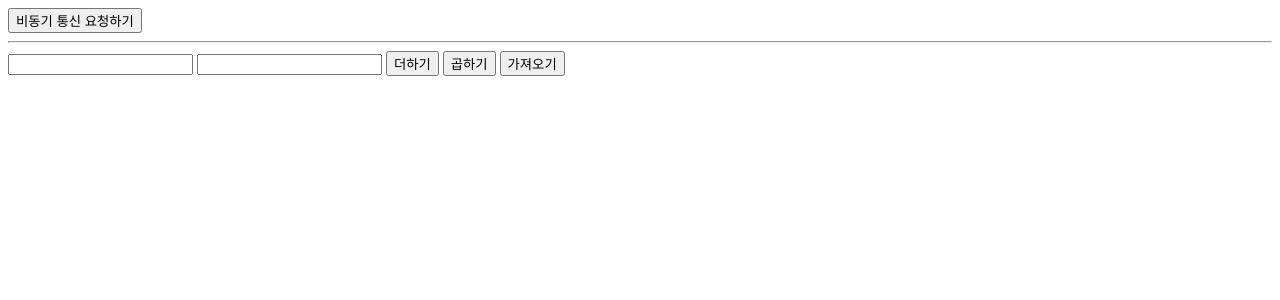
Repository: JangGunWook/Spring_webStudy
Page: http://localhost/SpringMVC01/AJAX01.jsp
These files come from the project's save history. The page is drawn as it stood at one moment and after the next save; the edit follows.
The browser window is 1280 px wide. The pictures show the whole page.
The page is served by Tomcat 9. Nobody is signed in. The application's start-up code is not run. Other server files are loaded and not shown.

Above is the page before, as saved 2023-10-19 01:08:45.

### SpringMVC01/src/main/webapp/AJAX01.jsp
<%@ page language="java" contentType="text/html; charset=UTF-8"
	pageEncoding="UTF-8"%>
<!DOCTYPE html>
<html>
<head>
<meta charset="UTF-8">
<title>Insert title here</title>
</head>
<body>

	<button id="reqBtn">비동기 통신 요청하기</button>


	<hr>

	<input id="num1" type="number">
	<input id="num2" type="number">
	<button id="calBtn">더하기</button>
	<button id="mulBtn">곱하기</button>
	<button id="reqBtn">가져오기</button>


	<script src="https://code.jquery.com/jquery-3.7.1.min.js"></script>
	<script src="resources/js/ajax01.js"></script>
</body>
</html>

### SpringMVC01/src/main/webapp/resources/js/ajax01.js
/**
 *
 */
// 1. HTML DOM 객체 가져오기(jQuery ver)

const reqBtn = $("#reqBtn");

// 2. 이벤트 달아주기
//.on("이벤트 종류", function)
reqBtn.on("click", function() {
	let num1 = $("#num1").val();
	let num2 = $("#num2").val();
	console.log(num1)
	console.log(num2)
	// 3. 이벤트 내용
	console.log("클릭됨!");

	// 비동기 통신을 사용해서 요청하기
	$.ajax({
		url: "ajax01",
		type: "get",
		data: {
			// key:value
			// 보내고 싶은 데이터
			"num1": num1,
			"num2": num2
		},
		success: function(res) {
			// 요청-응답이 성공했을 때, 실행되는 함수
			console.log(res)
		},
		erro: function(e) { }
		// 요청-응답이 실패했을 때, 싱행되는 함수
	});

});

//======================================================================================================
// 참고 : js파일 수정냉ㅇ이 적용이 안되면
//		chrome에서 ctrl + shift + delete -> 인터넷 사용기록 삭제
// 1. 사용자가 input태그에 두수를 입력

// 2. 계산하기 버튼을 누르면
//		1) 비동기 통ㅅ힌을 이용해서, 두수ㅡㄹ 서버로 전송

//		2) 서버에서 두 수를 수집하고, 두 수의 곱을 계산해서 응답

//		3) 응답받은 데이터를 javascript의 console창에 출력


const calBtn = $("#calBtn");
// 1. 덧셈
calBtn.on("click", function() {

	let num1 = $("#num1").val();
	console.log(num1)
	let num2 = $("#num2").val();

	$.ajax({
		url: "ajax01",
		type: "get",
		data: {
			"num1": num1,
			"num2": num2
		},
		success: function(res) {
			console.log(res)
		},
		erro: function(e) {
			console.log(e)
		}
	})
})

const mulBtn = $("#mulBtn");
// 2. 곱셈
mulBtn.on("click", function() {

	let num1 = $("#num1").val();
	console.log(num1)
	let num2 = $("#num2").val();

	$.ajax({
		url: "multi",
		type: "get",
		data: {
			"num1": num1,
			"num2": num2
		},
		success: function(res) {
			console.log(res)
		},
		erro: function(e) {
			console.log(e)
		}
	})
})

After the next save:
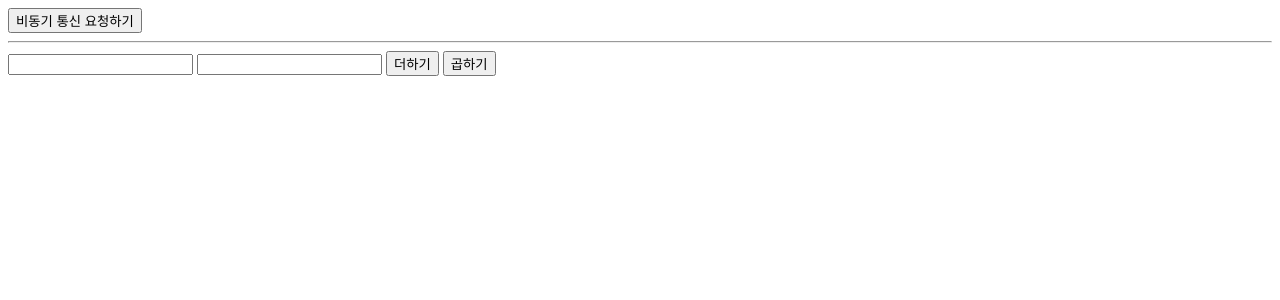
Saved 14 s later.
--- a/SpringMVC01/src/main/webapp/AJAX01.jsp
+++ b/SpringMVC01/src/main/webapp/AJAX01.jsp
@@ -17,7 +17,7 @@
 	<input id="num2" type="number">
 	<button id="calBtn">더하기</button>
 	<button id="mulBtn">곱하기</button>
-	<button id="reqBtn">가져오기</button>
+
 
 
 	<script src="https://code.jquery.com/jquery-3.7.1.min.js"></script>
